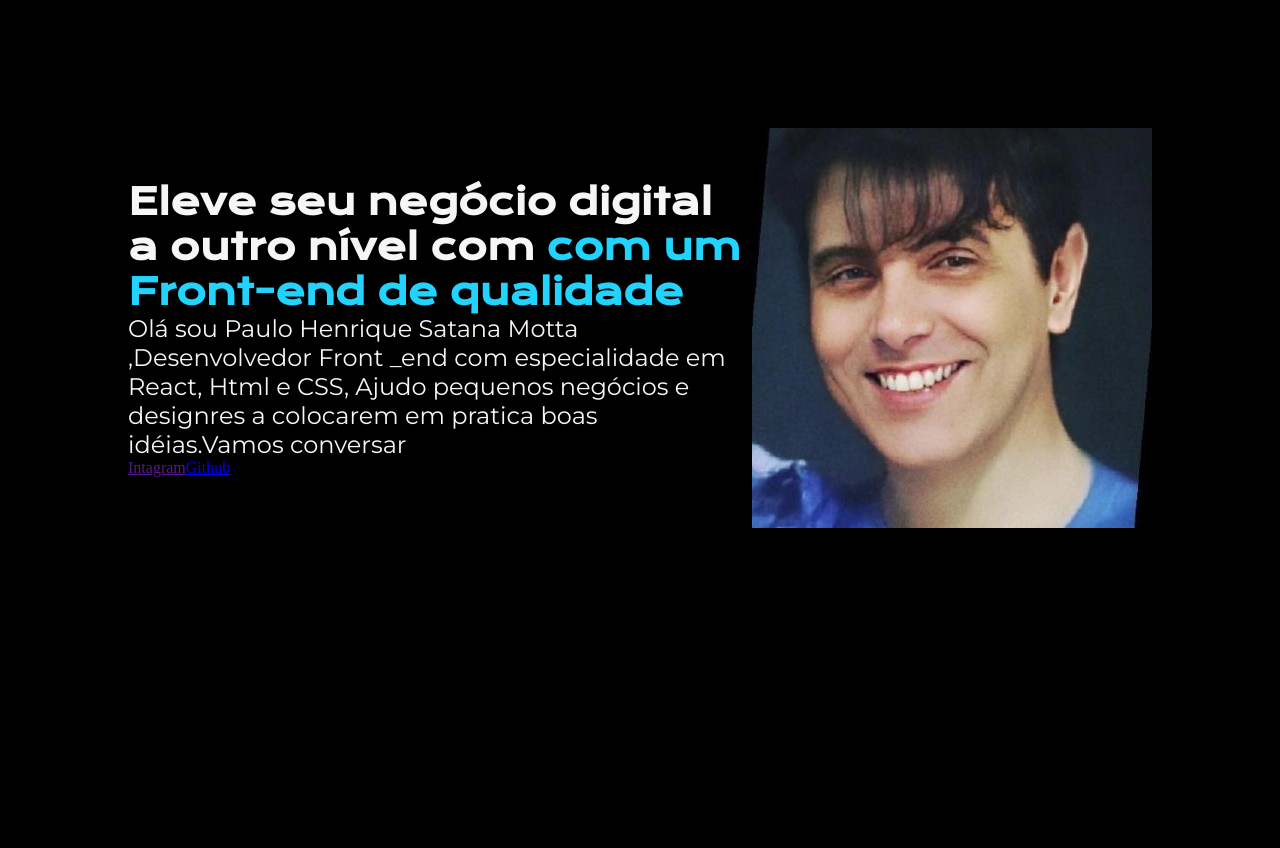
Repository: phsmottanerd/projeto-portfolio-alura
Page: index.html
These files come from the project's save history. The page is drawn as it stood at one moment and after the next save; the edit follows.
The browser window is 1280 px wide. The pictures show the whole page.

Above is the page before, as saved 2025-01-24 01:12:39.

### index.html
<!DOCTYPE html>
<html lang="pt-br">
  <head>
    <meta charset="UTF-8" />
    <meta name="viewport" content="width=device-width, initial-scale=1.0" />
    <link rel="stylesheet" href="./style.css" />
    <title>Portfólio</title>
  </head>
  <body>
    <header></header>
    <main class="apresentacao">
      <section class="apresentacao__conteudo">
        <h1 class="apresentacao__conteudo__titulo">
          Eleve seu negócio digital a outro nível com
          <strong class="titulo-destaque">
            com um Front-end de qualidade</strong
          >
        </h1>
        <p class="apresentacao__conteudo__texto">
          Olá sou Paulo Henrique Satana Motta ,Desenvolvedor Front _end com
          especialidade em React, Html e CSS, Ajudo pequenos negócios e
          designres a colocarem em pratica boas idéias.Vamos conversar
        </p>
        <div class="apresentacao__links">
          <a href="">Intagram</a>
          <a href="https://github.com/phsmottanerd?tab=repositories">Github</a>
        </div>
      </section>
      <img src="./img/1722867171561.jpg" alt="imgem-foto" />
    </main>
    <footer></footer>
  </body>
</html>

### style.css
@import url("https://fonts.googleapis.com/css2?family=Krona+One&family=Montserrat&display=swap");
* {
  margin: 0;
  padding: 0;
  box-sizing: border-box;
}
body {
  height: 100vh;
  background-color: black;
  color: #f6f6f6;
}

.titulo-destaque {
  color: #22d4fd;
}
.apresentacao {
  margin: 10%;
  display: flex;
  align-items: center;
  justify-content: space-between;
}
.apresentacao__conteudo {
  width: 615px;
}
.apresentacao__conteudo__titulo {
  font-size: 36px;
  font-family: "Krona One", sans-serf;
}
.apresentacao__conteudo__texto {
  font-size: 24px;
  font-family: "Montserrat", sans-serf;
}
.apresentacao__links{

    display:flex;]
    justify-content:space-between;

}

After the next save:
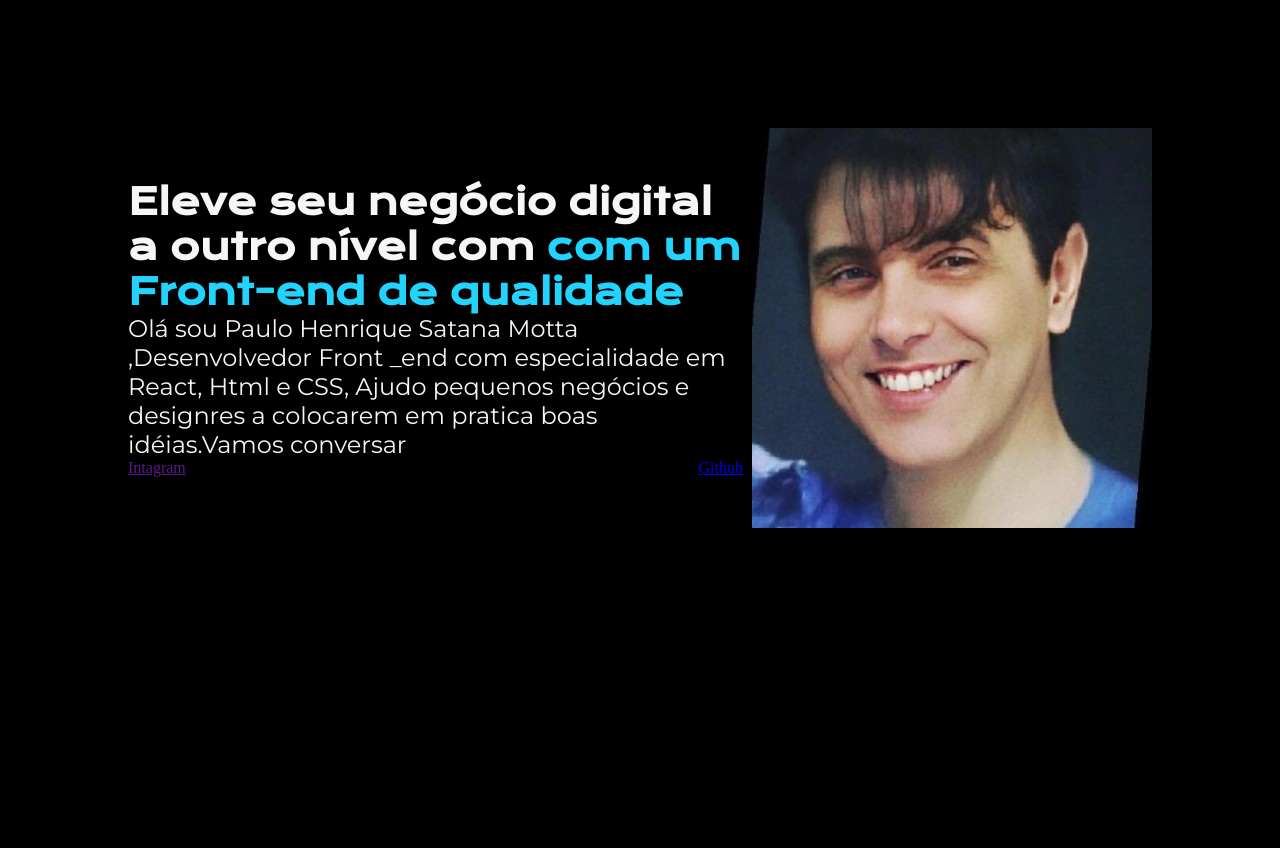
Saved 4 s later.
--- a/style.css
+++ b/style.css
@@ -32,7 +32,7 @@ body {
 }
 .apresentacao__links{
 
-    display:flex;]
+    display:flex;
     justify-content:space-between;
 
 }
